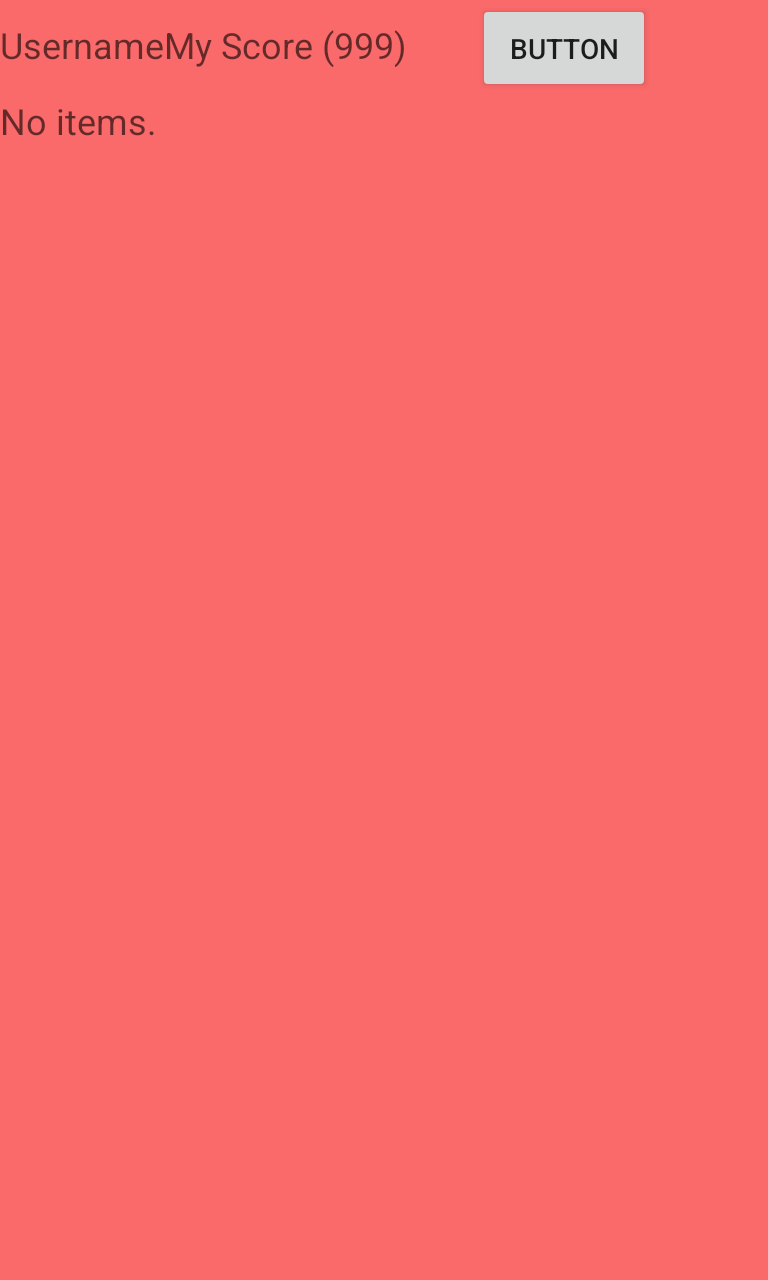
Repository: quantumlicht/android-capstone
Layout: capstone_client/res/layout/fragment_created_quiz.xml
An editor plug-in stored every save of this project. The layout is shown before and after the next save, followed by the edit.
It is drawn on a 768 x 1280 px phone screen (xhdpi) without system bars, with theme AppTheme; the app's code is not run. Lists and similar views that code fills are empty. The app's manifest (not shown) leaves right-to-left support off. So textAlignment, textDirection and layoutDirection are ignored, and left and right values win over start and end ones.

Above is the layout before, as saved 2014-11-13 03:36:30.

After the next save:
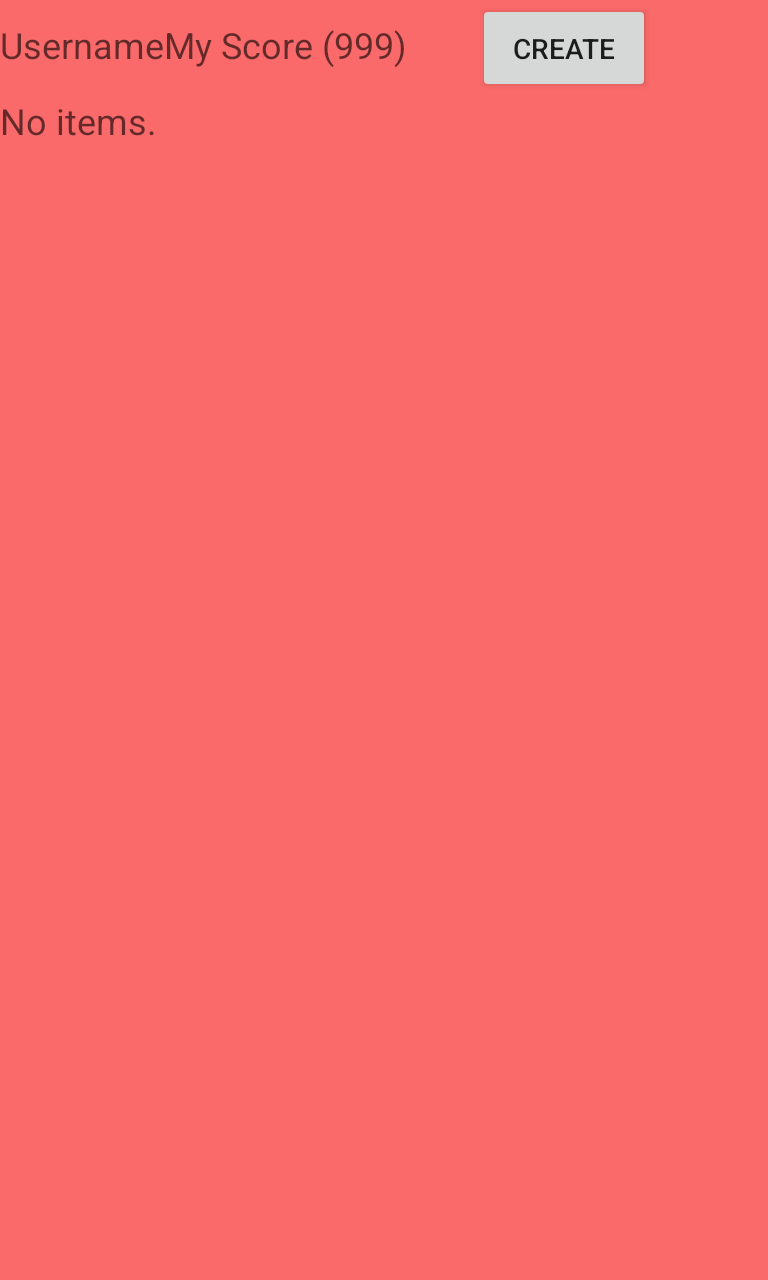
Saved 6 min 10 s later.
--- a/capstone_client/res/layout/fragment_created_quiz.xml
+++ b/capstone_client/res/layout/fragment_created_quiz.xml
@@ -26,10 +26,11 @@
             android:textAppearance="?android:attr/textAppearanceMedium" />
 
          <Button
-            android:id="@+id/createButton"
-            android:layout_width="wrap_content"
-            android:layout_height="wrap_content"
-            android:text="Button" />
+             android:id="@+id/createButton"
+             android:layout_width="wrap_content"
+             android:layout_height="wrap_content"
+             android:text="Create" />
+
     </LinearLayout>
 
     <FrameLayout
